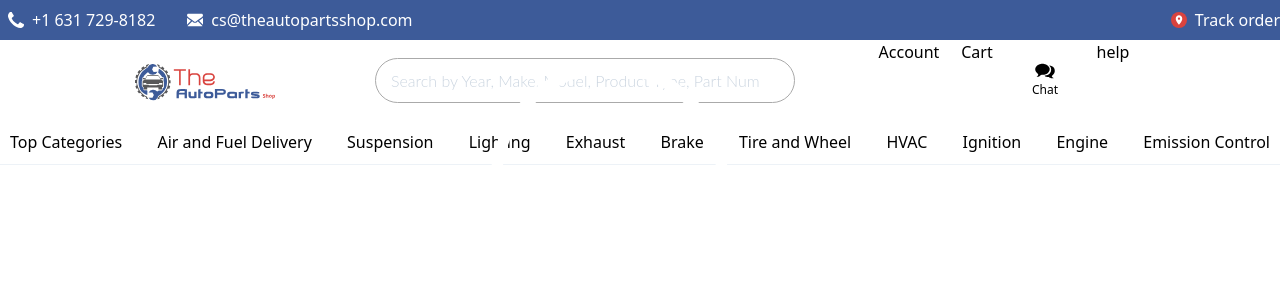
Repository: robindhimanspineor/TAPS-Next
Page: /
These files come from the project's save history. The page is drawn as it stood at one moment and after the next save; the edit follows.
The browser window is 1280 px wide. The pictures show the whole page.
The project was rebuilt for these pictures with package versions that can differ from the ones it lists, and the page was loaded fresh each time. The framework's server and built-in components were replaced by stand-ins that run in the browser. Also part of the build but not shown: next.config.js.

Above is the page before, as saved 2021-09-16 17:57:08.

### src/pages/index.tsx
// import { useRouter } from 'next/router';

// import { Meta } from '../layout/Meta';
// import { Main } from '../templates/Main';
import Header from '../components/common/header';

const Index = () => {
  // const router = useRouter();

  return (
    // <Main
    //   meta={
    //     <Meta
    //       title="Next.js Boilerplate Presentation"
    //       description="Next js Boilerplate is the perfect starter code for your project. Build your React application with the Next.js framework."
    //     />
    //   }
    // >
    // </Main>
    <div>
      <main className="main-container block">
        <Header />
      </main>
    </div>
  );
};

export default Index;

### src/styles/main.css
@tailwind base;
a {
  @apply text-blue-700;
}

a:hover {
  @apply border-b-2 border-blue-700;
}

@tailwind components;
@tailwind utilities;
.content p {
  @apply my-6;
}

.content ul {
  @apply my-6;
}

a {
  text-decoration: none;
  color: black;
}

.main-header {
  display: flex;
  flex-direction: row;
  flex-wrap: nowrap;
  align-content: flex-start;
  align-items: center;
  height: 80px;
  max-width: 1580px;
  flex-grow: 1;
  width: 100%;
  padding: 0 125px 0 115px;
}

.logo {
  flex-basis: 260px;
  display: flex;
  align-items: center;
  justify-content: flex-start;
  padding-left: 20px;
}

.logo a {
  display: inline-block;
}

.logo a span {
  display: block;
  margin-top: 5px;
  width: 140px;
}

.searchbar {
  flex: 1;
}

.searchbar .form-group-wrapper {
  position: relative;
}

.searchbar .form-group-wrapper input {
  padding-right: 35px;
}

.searchbar input {
  border-radius: 50px;
  padding-right: 10px;
}

.react-autosuggest__input {
  width: 100%;
  height: 45px;
  padding: 0 65px 0 15px;
  font-weight: 300;
  font-size: 16px;
  border: 1px solid #aaa;
  border-radius: 4px;
  font-family: 'Lato';
}

.searchbar .form-group-wrapper .search-icon {
  position: absolute;
  top: 4px;
  bottom: 4px;
  right: 10px;
  border-radius: 0 3px 3px 0;
}

.cart-buttons {
  /* flex-basis: 550px; */
  flex-basis: 300px;
  height: 80px;
  display: flex;
  flex-direction: row;
  flex-wrap: nowrap;
  align-items: center;
  margin-left: 60px;
  padding-left: 40px;
  padding-left: 20px;
  padding-right: 8px;
}

.cart-buttons .buttons-list {
  width: 100%;
}

.cart-buttons .buttons-list>ul {
  display: flex;
  flex-wrap: nowrap;
  height: 80px;
  padding: 0;
}

ul li {
  list-style: none;
}

.cart-buttons .buttons-list>ul li:first-child {
  border-left: 0px;
}

.cart-buttons .buttons-list>ul li {
  flex: 1;
  display: flex;
  align-items: stretch;
  justify-content: center;
  position: relative;
  cursor: pointer;
}

.cart-buttons .buttons-list>ul li div.wrap {
  display: flex;
  align-items: center;
  width: 100%;
  justify-content: center;
  flex-direction: column;
}

.cart-buttons ul li .nav-icon {
  width: 30px !important;
  height: 20px !important;
}

.cart-buttons ul li div.wrap span.icon_label {
  font-size: 12px !important;
}

svg {
  width: 100%;
  height: 100%;
}

.cart-buttons .buttons-list>ul li .nav-icon svg {
  fill: #777;
}

### src/components/common/header/index.tsx
import TopHeader from './top-header';
import MainHeader from './main-header';
import CategoriesHeader from './categories-header';

const Header = () => {
  return (
    <header className="flex flex-col items-center justify-center w-full static border-b z-50">
      <TopHeader />
      <MainHeader />
      <CategoriesHeader />
    </header>
  );
};

export default Header;

### src/components/common/header/top-header.tsx
import PhoneHandle from '../../../svg/PhoneHandleSvg.js';
import MailBoxSvg from '../../../svg/MailBoxSvg.js';
import TrackOrderSvg from '../../../svg/TrackOrderSvg.js';

import topHeaderStyles from '../../../styles/top-header.module.css';
const TopHeader = () => {
  return (
    <div className={`${topHeaderStyles.bgBlue} head-top py-2 w-full text-base`}>
      <div className="w-screen max-w-screen-xl flex justify-between mx-auto">
        <div className="head-top-left flex text-white font-medium pl-2">
          <div className="head-top-phone flex items-center text-white w-auto">
            <div
              className="text-white h-6 w-6 flex items-center pr-2"
              style={{ fill: '#fff' }}
            >
              <PhoneHandle />
            </div>
            <p>+1 631 729-8182</p>
          </div>
          <div className="heap-top-email flex items-center text-white w-auto ml-8">
            <div
              className="text-white h-6 w-6 flex items-center pr-2"
              style={{ fill: '#fff' }}
            >
              <MailBoxSvg />
            </div>
            <p>cs@theautopartsshop.com</p>
          </div>
        </div>
        <div className="head-top-right text-white font-medium">
          <div
            className="head-top-track-order flex items-center text-white w-auto cursor-pointer"
            onClick={() => console.log('track order')}
          >
            <div
              className="text-white h-6 w-6 flex items-center pr-2 "
              style={{ fill: '#fff' }}
            >
              <TrackOrderSvg />
            </div>
            <p>Track order</p>
          </div>
        </div>
      </div>
    </div>
  );
};
export default TopHeader;

### src/components/common/header/main-header.tsx
import Logo from './logo';
import Navigation from './navigation/Navigation';
import SearchBar from './searchbar';

const MainHeader = () => {
  return (
    <div className="main-header">
      <Logo />
      <SearchBar />
      <Navigation />
    </div>
  );
};

export default MainHeader;

### src/components/common/header/categories-header.tsx
import Link from 'next/link';
const CategoriesHeader = () => {
  return (
    <div className="header-categories w-screen max-w-screen-xl flex justify-between ">
      <Link href="/">
        <a className="m-2.5 text-black">Top Categories</a>
      </Link>
      <Link href="/air-and-fuel-delivery">
        <a className="m-2.5 text-black">Air and Fuel Delivery</a>
      </Link>
      <Link href="/suspension">
        <a className="m-2.5 text-black">Suspension</a>
      </Link>
      <Link href="/electrical-lighting-and-body">
        <a className="m-2.5 text-black">Lighting</a>
      </Link>
      <Link href="/exhaust">
        <a className="m-2.5 text-black">Exhaust</a>
      </Link>
      <Link href="/brake">
        <a className="m-2.5 text-black">Brake</a>
      </Link>
      <Link href="/tire-and-wheel">
        <a className="m-2.5 text-black">Tire and Wheel</a>
      </Link>
      <Link href="/hvac">
        <a className="m-2.5 text-black">HVAC</a>
      </Link>
      <Link href="/ignition">
        <a className="m-2.5 text-black">Ignition</a>
      </Link>
      <Link href="/engine">
        <a className="m-2.5 text-black">Engine</a>
      </Link>
      <Link href="/emission-control">
        <a className="m-2.5 text-black">Emission Control</a>
      </Link>
    </div>
  );
};

export default CategoriesHeader;

### src/svg/TrackOrderSvg.js
import React from 'react';

const TrackOrderSvg = () => (
    <svg xmlns="http://www.w3.org/2000/svg"
        version="1.1"
        id="Layer_1"
        x="0px"
        y="0px"
        viewBox="0 0 28 28"
        style={{ enableBackground: "new 0 0 28 28" }}>

        <circle id="Ellipse_2" fill="#D9433E" cx="14" cy="14" r="14" />
        <path id="Icon_material-location-on" fill="#FFFFFF" d="M14,5.9c-3.1,0-5.7,2.5-5.7,5.7c0,0,0,0,0,0c0,4.3,5.7,10.5,5.7,10.5  s5.7-6.3,5.7-10.5C19.7,8.4,17.1,5.9,14,5.9C14,5.9,14,5.9,14,5.9z M14,13.6c-1.1,0-2-0.9-2-2c0-1.1,0.9-2,2-2c1.1,0,2,0.9,2,2l0,0  C16,12.7,15.1,13.6,14,13.6z" />
    </svg>
);

export default TrackOrderSvg;

### src/styles/top-header.module.css
.bgBlue {
  background-color: #3d5b99;
}

### src/components/common/header/logo.tsx
import React from 'react';
import Link from 'next/link';

const Logo = () => (
  <div className="logo">
    <Link href="/">
      <a>
        <span>
          <svg x="0px" y="0px" viewBox="0 0 1004.91 260.67">
            <title>theautopartsshop.com</title>
            <path
              fill="#ff0"
              d="M231.67,154.11"
              transform="translate(-48.51 -38.87)"
            />
            <path
              fill="#ff0"
              d="M259.25,150.17"
              transform="translate(-48.51 -38.87)"
            />
            <path
              fill="#d9433e"
              d="M327.3,76.1h86.6V87.9H376.66V191.22H364.95V87.9H327.3Z"
              transform="translate(-48.51 -38.87)"
            />
            <path
              fill="#d9433e"
              d="M431.62,76h12.2v33.85q8.8-5.33,15.59-5.33h31.1q10.58,0,20.92,10.66,6.87,7.35,6.87,23.59v52.43H506.5V137.58q0-16.07-12.12-20.12l-5.33-.73H461.67q-13.81,0-17.53,12.93l-.32,2.67v58.89h-12.2Z"
              transform="translate(-48.51 -38.87)"
            />
            <path
              fill="#d9433e"
              d="M564.53,104.46h28.19q20.2,0,28.2,21.65l.73,5.74v3.39q0,14.46-16.32,24.4A35.87,35.87,0,0,1,592,162.3H547.08V163q0,11.47,13.33,15.59l7.59.81h20.92q15.83,0,20.12-11.39a34.07,34.07,0,0,0,1.54-6.14h11.07q0,20.76-22.46,28.6l-6.46.73h-24.4q-24.16,0-31.91-19.39a43.41,43.41,0,0,1-1.53-10.66V134.11q0-19.63,19-27.79A26.84,26.84,0,0,1,564.53,104.46Zm-17.85,33.85v12.2h41.12q17,0,20.52-10.34a15.89,15.89,0,0,0,1.54-7.19q0-7-6.06-12.52-4.2-4.2-15.27-4.2H568.73q-12.52,0-16.72,4.93Q546.68,125.38,546.68,138.31Z"
              transform="translate(-48.51 -38.87)"
            />
            <path
              fill="#d9433e"
              d="M983.65,273.4a6.78,6.78,0,0,1-2.56,5.6,11.11,11.11,0,0,1-7.12,2,16.71,16.71,0,0,1-7.43-1.58V274.3A30.63,30.63,0,0,0,971,276a13.3,13.3,0,0,0,3.37.49,4.79,4.79,0,0,0,2.81-.7,2.4,2.4,0,0,0,1-2.08,2.3,2.3,0,0,0-.43-1.37,4.81,4.81,0,0,0-1.27-1.16,32.89,32.89,0,0,0-3.4-1.78,16.1,16.1,0,0,1-3.61-2.17,8.15,8.15,0,0,1-1.92-2.42,6.91,6.91,0,0,1-.72-3.23,6.78,6.78,0,0,1,2.36-5.47,9.8,9.8,0,0,1,6.53-2,15.4,15.4,0,0,1,3.9.48,26.89,26.89,0,0,1,3.89,1.36l-1.79,4.33a26.36,26.36,0,0,0-3.47-1.2,11.18,11.18,0,0,0-2.7-.34,3.57,3.57,0,0,0-2.42.74,2.42,2.42,0,0,0-.84,1.92,2.38,2.38,0,0,0,.34,1.28,3.74,3.74,0,0,0,1.09,1.06,33.55,33.55,0,0,0,3.53,1.84,14,14,0,0,1,5,3.53A6.89,6.89,0,0,1,983.65,273.4Z"
              transform="translate(-48.51 -38.87)"
            />
            <path
              fill="#d9433e"
              d="M1006.43,280.69H1001V269q0-4.34-3.23-4.34a3.67,3.67,0,0,0-3.32,1.56,9.53,9.53,0,0,0-1,5.06v9.44H987.9V252.75h5.48v5.69q0,.67-.13,3.12l-.12,1.62h.29a6.34,6.34,0,0,1,5.82-2.94,7.11,7.11,0,0,1,5.37,1.9,7.56,7.56,0,0,1,1.83,5.46Z"
              transform="translate(-48.51 -38.87)"
            />
            <path
              fill="#d9433e"
              d="M1030.23,270.62q0,4.9-2.58,7.67a9.37,9.37,0,0,1-7.2,2.76,10.07,10.07,0,0,1-5.1-1.27,8.41,8.41,0,0,1-3.39-3.64,12.21,12.21,0,0,1-1.19-5.53q0-4.92,2.57-7.65a9.43,9.43,0,0,1,7.22-2.73,10.13,10.13,0,0,1,5.1,1.26,8.39,8.39,0,0,1,3.39,3.61A12.1,12.1,0,0,1,1030.23,270.62Zm-13.88,0a8.42,8.42,0,0,0,1,4.51,3.5,3.5,0,0,0,3.19,1.53,3.44,3.44,0,0,0,3.15-1.52,8.54,8.54,0,0,0,1-4.51,8.29,8.29,0,0,0-1-4.47,4.12,4.12,0,0,0-6.34,0A8.28,8.28,0,0,0,1016.35,270.62Z"
              transform="translate(-48.51 -38.87)"
            />
            <path
              fill="#d9433e"
              d="M1045.7,281a6.65,6.65,0,0,1-5.55-2.57h-.29q.29,2.51.29,2.91v8.13h-5.48v-28.9h4.45l.77,2.6h.25a6.33,6.33,0,0,1,5.69-3,6.51,6.51,0,0,1,5.57,2.75q2,2.75,2,7.63a15.07,15.07,0,0,1-.94,5.58,7.83,7.83,0,0,1-2.68,3.61A6.88,6.88,0,0,1,1045.7,281Zm-1.62-16.43a3.46,3.46,0,0,0-3,1.25,7.16,7.16,0,0,0-1,4.12v.59a8.45,8.45,0,0,0,1,4.63,3.43,3.43,0,0,0,3,1.4q3.68,0,3.68-6.07a8.67,8.67,0,0,0-.91-4.44A3.09,3.09,0,0,0,1044.09,264.62Z"
              transform="translate(-48.51 -38.87)"
            />
            <path
              fill="#3d5b99"
              d="M363.38,284.2h-16.7V251.25a79.65,79.65,0,0,1,1.21-14.73A20.87,20.87,0,0,1,353,226q3.88-4.2,11.12-6.34t19.2-2.14a168.44,168.44,0,0,1,20.76,1.21q9.69,1.21,17.19,1.92V284.2H404.64V258.48H363.47Zm41.25-51.52q-4.82-.36-10.22-.58t-11.3-.22a39.21,39.21,0,0,0-9.46.94,14.28,14.28,0,0,0-5.8,2.77,10.42,10.42,0,0,0-3.08,4.38,21.9,21.9,0,0,0-1.21,5.76h41.07Z"
              transform="translate(-48.51 -38.87)"
            />
            <path
              fill="#3d5b99"
              d="M459.73,285.27a67,67,0,0,1-11.92-.94,19.65,19.65,0,0,1-8.57-3.57,16,16,0,0,1-5.18-7.28,34.9,34.9,0,0,1-1.74-12.05V238.57H449v22.86a14,14,0,0,0,.63,4.55,6.31,6.31,0,0,0,1.92,2.86,7.71,7.71,0,0,0,3.3,1.52,22.7,22.7,0,0,0,4.87.45q1.69,0,3.13,0t3-.18l3.39-.27q1.83-.13,4.42-.4V238.57h16.61v43.57q-3.39.45-6.79,1t-7.1,1q-3.71.45-7.77.76T459.73,285.27Z"
              transform="translate(-48.51 -38.87)"
            />
            <path
              fill="#3d5b99"
              d="M533.48,250.36H518.93V284.2h-16.7V222.59l16.7-4.29v19.29h14.55Z"
              transform="translate(-48.51 -38.87)"
            />
            <path
              fill="#3d5b99"
              d="M576.87,237.59a117.41,117.41,0,0,1,16.21.94,26.66,26.66,0,0,1,10.67,3.57,14.69,14.69,0,0,1,5.89,7.28,41.59,41.59,0,0,1,0,24.11,14.68,14.68,0,0,1-5.89,7.28,26.63,26.63,0,0,1-10.67,3.57,140.93,140.93,0,0,1-32.46,0A26.3,26.3,0,0,1,550,280.76a14.73,14.73,0,0,1-5.85-7.28,41.58,41.58,0,0,1,0-24.11A14.75,14.75,0,0,1,550,242.1a26.33,26.33,0,0,1,10.67-3.57A118.41,118.41,0,0,1,576.87,237.59Zm0,33.21q5.09,0,8.39-.31a14.21,14.21,0,0,0,5.18-1.29,5.5,5.5,0,0,0,2.63-2.81,13.24,13.24,0,0,0,.76-5,13.61,13.61,0,0,0-.76-5,5.48,5.48,0,0,0-2.63-2.86,14.27,14.27,0,0,0-5.18-1.29q-3.3-.31-8.39-.31t-8.39.31a14.7,14.7,0,0,0-5.22,1.29,5.24,5.24,0,0,0-2.63,2.86,14.34,14.34,0,0,0-.71,5,14,14,0,0,0,.71,5,5.26,5.26,0,0,0,2.63,2.81,14.64,14.64,0,0,0,5.22,1.29Q571.78,270.81,576.87,270.81Z"
              transform="translate(-48.51 -38.87)"
            />
            <path
              fill="#3d5b99"
              d="M672.05,218.21a57.24,57.24,0,0,1,13.71,1.38,23.44,23.44,0,0,1,8.79,4,14.2,14.2,0,0,1,4.69,6.34,24.65,24.65,0,0,1,1.38,8.57,28.61,28.61,0,0,1-1.29,9.11,13,13,0,0,1-4.51,6.29,22,22,0,0,1-8.75,3.66,67.6,67.6,0,0,1-14,1.21H638.66V284.2H622.05v-66h50Zm0,27.77a43.81,43.81,0,0,0,5.67-.31,11.57,11.57,0,0,0,3.88-1.12,5,5,0,0,0,2.23-2.28,8.72,8.72,0,0,0,.71-3.79,8.11,8.11,0,0,0-.8-3.88,5.48,5.48,0,0,0-2.37-2.28,11.43,11.43,0,0,0-3.93-1.07,48.49,48.49,0,0,0-5.4-.27H638.66v15Z"
              transform="translate(-48.51 -38.87)"
            />
            <path
              fill="#3d5b99"
              d="M744.11,237.59a113.36,113.36,0,0,1,12.5.71q6.43.72,11.88,1.52,6.25,1,12.41,2.14V284.2H768.84L766.79,282a54.66,54.66,0,0,1-9.6,2.32,80.48,80.48,0,0,1-13.08,1,118.41,118.41,0,0,1-16.25-.94,26.68,26.68,0,0,1-10.71-3.57,14.66,14.66,0,0,1-5.89-7.28,41.57,41.57,0,0,1,0-24.11,14.67,14.67,0,0,1,5.89-7.28,26.71,26.71,0,0,1,10.71-3.57A118.41,118.41,0,0,1,744.11,237.59Zm0,33.21q1.69,0,4.15-.09t5.18-.22l5.54-.27q2.81-.13,5.31-.31V252.86q-2.5-.09-5.31-.27t-5.54-.31q-2.72-.13-5.18-.22t-4.15-.09q-5.09,0-8.39.31a14.7,14.7,0,0,0-5.22,1.29,5.24,5.24,0,0,0-2.63,2.86,14.33,14.33,0,0,0-.71,5,13.94,13.94,0,0,0,.71,5,5.26,5.26,0,0,0,2.63,2.81,14.64,14.64,0,0,0,5.22,1.29Q739,270.81,744.11,270.81Z"
              transform="translate(-48.51 -38.87)"
            />
            <path
              fill="#3d5b99"
              d="M801.17,239.33q4.46-.58,9.2-1t9.64-.58q4.91-.18,9.64-.18v12q-5.09.27-8.79.71t-6.29.89q-2.95.54-5.09,1.07v32H792.86V240.72Q796.7,239.91,801.17,239.33Z"
              transform="translate(-48.51 -38.87)"
            />
            <path
              fill="#3d5b99"
              d="M871.52,250.36H857V284.2h-16.7V222.59L857,218.3v19.29h14.55Z"
              transform="translate(-48.51 -38.87)"
            />
            <path
              fill="#3d5b99"
              d="M943.67,270.9a12.91,12.91,0,0,1-1.74,6.92,11.93,11.93,0,0,1-5.8,4.51,38.31,38.31,0,0,1-10.71,2.37,144.32,144.32,0,0,1-16.56.49q-3.75-.09-7.68-.4t-7.41-.76q-3.48-.45-6.29-.89l-4.42-.71V271.88q5.44.27,10.45.45,4.28.18,8.66.31t7,.13q5.44.18,8.79.13a40.62,40.62,0,0,0,5.13-.31,5.15,5.15,0,0,0,2.37-.76,1.9,1.9,0,0,0,.67-1.29,1.21,1.21,0,0,0-.36-1.12,3.88,3.88,0,0,0-1.7-.67,28.45,28.45,0,0,0-3.44-.45l-5.58-.45q-10.72-.8-17.41-2a40.1,40.1,0,0,1-10.45-3,10.28,10.28,0,0,1-5-4.51,14.65,14.65,0,0,1-1.29-6.43,12.16,12.16,0,0,1,1.74-6.61,12.55,12.55,0,0,1,5.8-4.55,37.81,37.81,0,0,1,10.71-2.54,129.93,129.93,0,0,1,16.56-.58q4.37.09,8.75.54t7.86,1q4.11.63,7.77,1.34v10.89q-2.32-.27-5.67-.49t-6.83-.4q-3.48-.18-6.7-.31l-5.45-.22q-5.54-.09-8.84,0a46.56,46.56,0,0,0-5.13.36,5.23,5.23,0,0,0-2.41.76,1.52,1.52,0,0,0-.58,1.21,1.45,1.45,0,0,0,.36,1.07,3.35,3.35,0,0,0,1.52.63,24.73,24.73,0,0,0,3.35.45l5.85.45q10.8.8,17.5,2a40.41,40.41,0,0,1,10.4,3,10.31,10.31,0,0,1,5,4.51A14.66,14.66,0,0,1,943.67,270.9Z"
              transform="translate(-48.51 -38.87)"
            />
            <path
              fill="#58585a"
              d="M246.48,147.78a4.09,4.09,0,0,0,4.09-4.09v-2.74a2.07,2.07,0,0,0-2.3-2.06l-18,2-2.48-3.84-10-15.38a7.11,7.11,0,0,0-6-3.25H140.45a6.18,6.18,0,0,0-5.33,3L126,137l-2.35,4-16.24-1.91a3.32,3.32,0,0,0-3.71,3.3v1.77a3.65,3.65,0,0,0,3.65,3.65h12.29l-2.76,4.69-6,3.33-6,3.33a3.32,3.32,0,0,0-1.7,2.9v37.46a2.66,2.66,0,0,0,2.14,2.61l1.74,1,1.74,1a3,3,0,0,1,2.4,2.91l0,5.4,0,8a2.1,2.1,0,0,0,2.36,2.07l1.59-.19,1.59-.19h17.6a1.83,1.83,0,0,0,1.83-1.83V206.72h80.39v13.5a1.92,1.92,0,0,0,1.92,1.92h22a1.91,1.91,0,0,0,1.91-1.91V207.06a3.22,3.22,0,0,1,1.37-2.64l2-1,2-1a3.32,3.32,0,0,0,1.83-1,2.86,2.86,0,0,0,.77-1.9V161.24a3.28,3.28,0,0,0-1.74-2.9l-5.53-2.94-5.53-2.94-4.12-6.37,1.39,1.68ZM137.42,123h77.66l18.27,27.41H121.43Zm104.14,52.61a3.58,3.58,0,0,1,3.58,3.58v5.37a3.24,3.24,0,0,1-3.24,3.24h-30a3.59,3.59,0,0,0-3,1.69l-.3.48-.3.48a3.41,3.41,0,0,1-2.89,1.6H150.66a3.15,3.15,0,0,1-2.67-1.48l-.32-.51-.32-.51a3.75,3.75,0,0,0-3.18-1.76H111.57a3.37,3.37,0,0,1-3.37-3.37v-5.52a3.3,3.3,0,0,1,3.3-3.3h15a3.45,3.45,0,0,1,3.41,2.89l.22,1,.22,1a2.37,2.37,0,0,0,2.32,1.86h85.46a2.53,2.53,0,0,0,2.52-2.52v-.31a3.94,3.94,0,0,1,3.94-3.94h17Z"
              transform="translate(-48.51 -38.87)"
            />
            <path
              fill="#58585a"
              d="M147.65,44.92V39.66l-18.16,5.68a2.82,2.82,0,0,0-1.8,3.68l2.89,7.71-14.44,7.88-5.7-8a1.51,1.51,0,0,0-2.09-.36L93.76,67.68a1.51,1.51,0,0,0-.37,2.12l5.67,6.63L87.25,88.25l-6.61-5.78a1.51,1.51,0,0,0-2.07.46L67,97.63a1.51,1.51,0,0,0,.3,2l6.85,5.71-6.57,13.13-9-2.26a1.51,1.51,0,0,0-1.83,1.1l-4.53,18.13a1.51,1.51,0,0,0,1.05,1.82L61,139.46l-2,15.1H50a1.51,1.51,0,0,0-1.51,1.51v18A1.51,1.51,0,0,0,50,175.57h9l1.31,17.07L52.42,196a1.51,1.51,0,0,0-.84,1.87l5.67,17a1.51,1.51,0,0,0,1.85,1l7.8-2.23,7.88,14.44-7.93,5.67a1.51,1.51,0,0,0-.33,2.13l10,13.38a1.51,1.51,0,0,0,2,.35l8-4.46L98.41,257l-5.55,6.66a1.51,1.51,0,0,0,.25,2.17L106.65,276a1.51,1.51,0,0,0,1.87,0l7-5.8,13.13,6.57-3.29,7.68a1.51,1.51,0,0,0,.91,2l18.14,6-11.82-21s-52.52-15.76-67-85.35c0,0-17.07-84,69.59-124.74C135.18,61.33,139.12,50.83,147.65,44.92Z"
              transform="translate(-48.51 -38.87)"
            />
            <path
              fill="#3d5b99"
              d="M182.26,96.67,171.12,78.25l8.44-20,28.33-2.17A38.73,38.73,0,0,0,140,62.58l0,1.65c-17.78,9.3-53.1,34.1-63,75.89,0,0-10.77,44,7.45,79.68,0,0,12,27.32,52.1,42l.88-29.77-1.25-2.58a6.82,6.82,0,0,0-4.09-1.36H116.16a7.85,7.85,0,0,1-5.55-2.3,2.62,2.62,0,0,1-.77-1.85V212.75a5.15,5.15,0,0,0-1.51-3.65l-9.23-7.91a5.2,5.2,0,0,1-1.52-3.68v-33a12.31,12.31,0,0,1,1.3-5.51l1.1-2.21a6.26,6.26,0,0,0,.66-2.8l.31-13.75s1.81-5,4-5h2.11c1.87,0,4.62-8.24,5.66-9.8,3.1-4.63,18.15-19,30.25-28.8l.32,2.38a38.73,38.73,0,0,0,67.23-4.46Z"
              transform="translate(-48.51 -38.87)"
            />
            <path
              fill="#3d5b99"
              d="M277.2,145.8c-11.37-54.92-57.36-72.24-57.36-72.24L215,101.14c12.35,7.41,24.69,24.76,29,31.23a5.6,5.6,0,0,0,4.66,2.49h2.11c2.23,0,4,.5,4,2.73l-1.31,22.06a6.26,6.26,0,0,0,.66,2.8l1.1,2.21a12.31,12.31,0,0,1,1.3,5.51v33a5.2,5.2,0,0,1-1.52,3.68l-7.91,6.6a5.16,5.16,0,0,0-1.51,3.65v6a2.62,2.62,0,0,1-.77,1.85c-1.47,1.47-3.47,3.61-5.55,3.61H223.43a6.82,6.82,0,0,0-4.09,1.36L208,236.67a37.94,37.94,0,0,0-61.74,6l27.82-.07,9.65,18.9-9.56,18.9-27.82.07a38,38,0,0,0,66.1-.4l.5-7.91,2.73-3.69c37.06-22.67,47.55-45.64,47.55-45.64C284.21,197.23,277.2,145.8,277.2,145.8Z"
              transform="translate(-48.51 -38.87)"
            />
            <path
              fill="#58585a"
              d="M207.4,46.23V41l15.54,5.68a2.82,2.82,0,0,1,1.8,3.68L224.47,58l11.82,7.88,5.7-8a1.51,1.51,0,0,1,2.09-.36L258.66,69a1.51,1.51,0,0,1,.37,2.12l-5.67,6.63,11.82,11.82,6.61-5.78a1.51,1.51,0,0,1,2.07.46l11.6,14.69a1.51,1.51,0,0,1-.3,2l-8.17,4.4,7.88,14.44,9-2.26a1.51,1.51,0,0,1,1.83,1.1l4.53,18.13a1.51,1.51,0,0,1-1.05,1.82l-6.47,2.22.66,15.1h9a1.51,1.51,0,0,1,1.51,1.51v18a1.51,1.51,0,0,1-1.51,1.51h-9L290.78,194,300,196a1.51,1.51,0,0,1,.84,1.87l-5.67,18.32a1.51,1.51,0,0,1-1.85,1L284.21,215l-7.88,13.13,7.93,5.67a1.51,1.51,0,0,1,.33,2.13l-11.35,14.69a1.51,1.51,0,0,1-2,.35l-6.69-4.46L252.7,258.29l5.55,5.34a1.51,1.51,0,0,1-.25,2.17l-13.53,11.46a1.51,1.51,0,0,1-1.87,0l-5.65-8.43-13.13,7.88.67,9a1.51,1.51,0,0,1-.91,2l-15.51,4.73,13.13-22.32S269.11,257,285.52,188.7c0,0,21-84-65.65-124.74C219.87,64,215.93,52.14,207.4,46.23Z"
              transform="translate(-48.51 -38.87)"
            />
          </svg>
        </span>
      </a>
    </Link>
  </div>
);

export default Logo;

### src/components/common/header/navigation/Navigation.tsx
import React from 'react';
import ShoppingCart from './shoppingcart/ShoppingCart';
import Chat from './chat';
import Login from './Login';
import Help from './help';

const Navigation = () => (
  <div className="cart-buttons">
    <div className="buttons-list">
      <ul>
        <Login />
        <ShoppingCart />
        <Chat />
        <Help />
      </ul>
    </div>
  </div>
);

export default Navigation;

### src/components/common/header/searchbar.tsx
import { useState } from 'react';

const SearchBar = () => {
  const [value, setvalue] = useState('');

  const onChange = (event: any) => {
    setvalue(event.target.value);
  };

  const handleSearch = (event: any) => {
    event.preventDefault();
    // if (state.value.trim().length === 0) {
    //   document.getElementById('searchinput').classList.add('error');
    // } else {
    //   const path = `/search/${encodeURIComponent(state.value.trim())}`;
    //   // GA Tracling
    //   dataLayer.push({
    //     'search-input': this.state.value,
    //   });

    //   this.props.router.push(path);
    // }
  };

  // render() {
  //   const { value } = this.state;

  return (
    <div className="searchbar">
      <form id="textSearchForm" onSubmit={handleSearch}>
        <div className="form-group-wrapper">
          <input
            type="text"
            id="searchinput"
            placeholder="Search by Year, Make, Model, Product Type, Part Number or Brand..."
            value={value}
            onChange={onChange}
            className="react-autosuggest__input"
            aria-label="Search part you need"
            autoComplete="off"
          />

          <div className="search-icon">
            <button type="submit" id="searchButton" aria-label="Search">
              <span>
                <svg
                  x="0px"
                  y="0px"
                  viewBox="0 0 52.966 52.966"
                  style={{ enableBackground: 'new 0 0 52.966 52.966' }}
                  xmlSpace="preserve"
                  aria-label="search icon"
                >
                  {' '}
                  <path
                    d="M51.704,51.273L36.845,35.82c3.79-3.801,6.138-9.041,6.138-14.82c0-11.58-9.42-21-21-21s-21,9.42-21,21s9.42,21,21,21
                                    c5.083,0,9.748-1.817,13.384-4.832l14.895,15.491c0.196,0.205,0.458,0.307,0.721,0.307c0.25,0,0.499-0.093,0.693-0.279
                                    C52.074,52.304,52.086,51.671,51.704,51.273z M21.983,40c-10.477,0-19-8.523-19-19s8.523-19,19-19s19,8.523,19,19
                                    S32.459,40,21.983,40z"
                    fill="#FFFFFF"
                  />
                </svg>
              </span>
            </button>
          </div>
        </div>
      </form>
    </div>
  );
};

export default SearchBar;

### src/components/common/header/navigation/shoppingcart/ShoppingCart.tsx
const ShoppingCart = () => {
  return <li className="full-cart">Cart</li>;
};

export default ShoppingCart;

### src/components/common/header/navigation/chat.tsx
import CommentsSvg from '../../../../svg/CommentsSvg.js';

const Chat = () => {
  return (
    <li
      className="chat-button"
      onClick={() => console.log('loadchat')}
      role="presentation"
    >
      <div className="wrap">
        <span className="nav-icon">
          <CommentsSvg />
        </span>
        <span className="icon_label">Chat</span>
      </div>
    </li>
  );
};

export default Chat;

### src/components/common/header/navigation/Login/index.tsx
const Login = () => {
  return <li className=".account">Account</li>;
};

export default Login;

### src/components/common/header/navigation/help.tsx
const Help = () => {
  return <li className="help-button">help</li>;
};

export default Help;

### src/svg/CommentsSvg.js
import React from 'react';

const CommentsSvg = () => (
  <svg xmlns="http://www.w3.org/2000/svg" version="1.0" width="225.000000pt" height="225.000000pt" viewBox="0 0 225.000000 225.000000" preserveAspectRatio="xMidYMid meet">
    <g transform="translate(0.000000,225.000000) scale(0.100000,-0.100000)" fill="#000000" stroke="none">
      <path d="M648 1924 c-180 -32 -340 -114 -458 -233 -172 -174 -212 -389 -111 -596 40 -80 82 -130 208 -245 76 -70 93 -112 68 -176 -20 -54 -53 -94 -118 -145 -60 -48 -50 -54 67 -46 115 8 182 36 262 109 97 88 125 97 291 102 267 8 459 82 621 240 117 113 172 235 172 379 0 47 -7 107 -16 138 -68 232 -303 416 -604 473 -100 19 -276 19 -382 0z" />
      <path d="M1625 1729 c-4 -6 18 -33 49 -60 200 -179 194 -599 -14 -831 -114 -128 -336 -228 -504 -228 -30 0 -48 -6 -61 -20 -17 -18 -15 -20 45 -59 110 -71 158 -85 300 -86 l125 -1 57 -46 c85 -70 135 -83 310 -83 181 0 196 8 112 61 -33 20 -80 57 -106 82 -59 57 -63 87 -16 129 170 152 231 233 274 367 22 66 27 100 27 186 0 250 -103 422 -313 523 -130 62 -268 94 -285 66z" />
    </g>
  </svg>
);

export default CommentsSvg;

### src/svg/UserSvg.js
import React from 'react';

const UserSvg = () => (
  <svg
    version="1.1"
    xmlns="http://www.w3.org/2000/svg"
    xmlnsXlink="http://www.w3.org/1999/xlink"
    x="0px"
    y="0px"
    viewBox="0 0 563.43 563.43"
    xmlSpace="preserve"
    aria-label="user svg"
  >
    <path
      d="M280.79,314.559c83.266,0,150.803-67.538,150.803-150.803S364.055,13.415,280.79,13.415S129.987,80.953,129.987,163.756
   S197.524,314.559,280.79,314.559z M280.79,52.735c61.061,0,111.021,49.959,111.021,111.021S341.851,274.776,280.79,274.776
   s-111.021-49.959-111.021-111.021S219.728,52.735,280.79,52.735z"
    />
    <path
      d="M19.891,550.015h523.648c11.102,0,19.891-8.789,19.891-19.891c0-104.082-84.653-189.198-189.198-189.198H189.198
   C85.116,340.926,0,425.579,0,530.124C0,541.226,8.789,550.015,19.891,550.015z M189.198,380.708h185.034
   c75.864,0,138.313,56.436,148.028,129.524H41.17C50.884,437.607,113.334,380.708,189.198,380.708z"
    />
    <g />
    <g />
    <g />
    <g />
    <g />
    <g />
    <g />
    <g />
    <g />
    <g />
    <g />
    <g />
    <g />
    <g />
    <g />
  </svg>
);

export default UserSvg;

Loaded but not shown: src/pages/_app.tsx (common file); src/pages/_document.tsx (common file); src/utils/AppConfig.ts (common file); tailwind.config.js (common file); src/svg/PhoneHandleSvg.js (58 lines, source omitted); src/svg/MailBoxSvg.js (65 lines, source omitted)

After the next save:
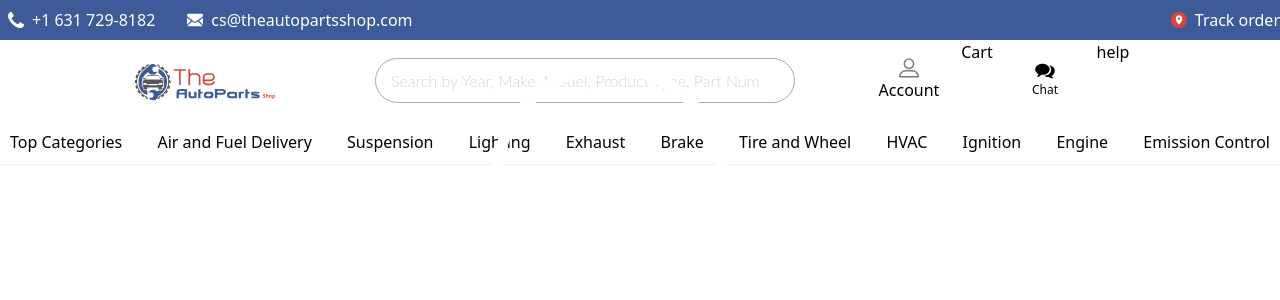
Saved 2 min 39 s later.
--- a/src/components/common/header/navigation/Login/index.tsx
+++ b/src/components/common/header/navigation/Login/index.tsx
@@ -1,5 +1,16 @@
+import UserSvg from '../../../../../svg/UserSvg.js';
+
 const Login = () => {
-  return <li className=".account">Account</li>;
+  return (
+    <li className=".account">
+      <div className="wrap" role="presentation" id="account_login">
+        <span className={'nav-icon'}>
+          <UserSvg />
+        </span>
+        <span className="meta">Account</span>
+      </div>
+    </li>
+  );
 };
 
 export default Login;
